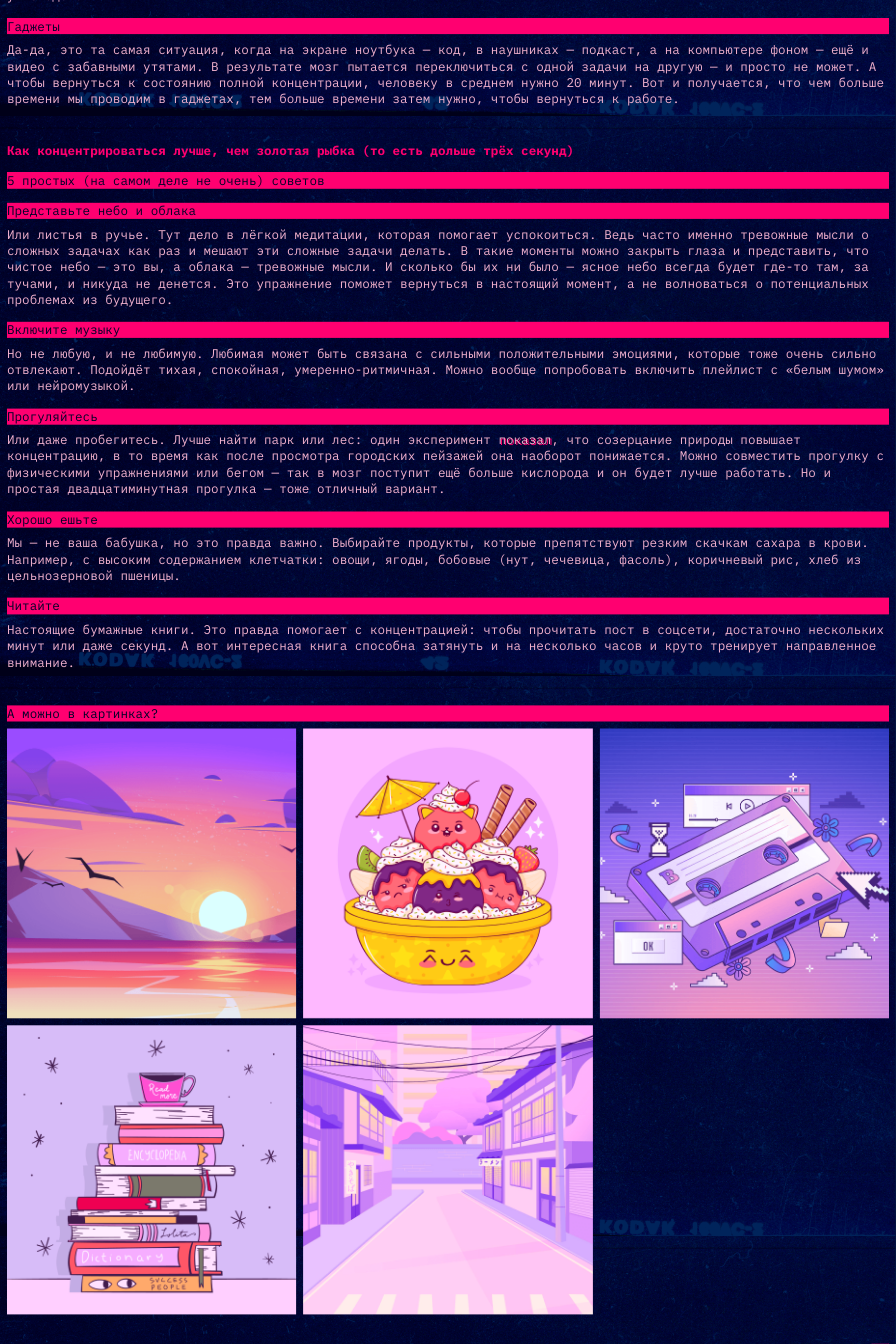
Repository: NikWolf75/slozhno-sosredotochitsya-fd
Page: index.html
The author's editor kept a copy of each file at every save. The page is drawn from the files as they stood at one save, then again after the next save.
The browser window is 1280 px wide. The pictures show the part of the page from y = 1434 to 3354 px (the page is 4064 px tall before and 4084 px after), at 70% of full size.
Backgrounds fixed to the window are drawn as part of the page.

Above is the page before, as saved 2025-02-27 12:23:36.

### index.html
<!DOCTYPE html>
<html lang="ru">
  <head>
    <meta charset="UTF-8" />
    <meta http-equiv="X-UA-Compatible" content="IE=edge" />
    <meta name="viewport" content="width=device-width, initial-scale=1.0" />
    <meta name="color-scheme" content="dark light" />
    <link rel="stylesheet" href="/fonts/fonts.css" />
    <link rel="stylesheet" href="/styles/globals.css" />
    <link rel="stylesheet" href="/styles/variables.css" />
    <link rel="stylesheet" href="/styles/style.css" />
    <link rel="stylesheet" href="/styles/dark.css" />
    <link rel="stylesheet" href="/styles/light.css" />
    <link rel="icon" href="image/favicon.ico" />
    <title>Сложно сосредоточиться</title>
    <script src="./scripts/script.js"></script>
  </head>
  <body class="page">
    <div class="rec_element" aria-hidden="true"></div>
    <header class="header decorated-zone">
      <nav class="header__theme-menu">
        <ul class="header__theme-menu-list">
          <li class="header__theme-menu-item">
            <button
              class="header__theme-menu-button header__theme-menu-button_type_light"
            >
              День
            </button>
          </li>
          <li class="header__theme-menu-item">
            <button
              class="header__theme-menu-button header__theme-menu-button_active header__theme-menu-button_type_auto"
              disabled
            >
              Авто
            </button>
          </li>
          <li class="header__theme-menu-item">
            <button
              class="header__theme-menu-button header__theme-menu-button_type_dark"
            >
              Неон
            </button>
          </li>
        </ul>
      </nav>
      <h1 class="header__title">no focus</h1>
      <div class="header__undertitle title-decor">
        <p>Что делать, когда не можешь делать ничего</p>
        <p>
          Или почему нам так сложно сконцентрироваться, особенно когда очень
          надо
        </p>
      </div>
    </header>
    <main class="content">
      <section class="content__section content__why">
        <h2 class="content__section-title"> Почему сосредоточиться так сложно
        </h2>
        <article class="content__section-text_block">
          <h3 class="content__section-text_block-undertitle title-decor">
            Многозадачность
          </h3>
          <p class="content__section-text_block-text">
            Особенно сложно сосредоточиться, когда задач много и все они —
            важные. Где же легендарная многозадачность, когда она так нужна вам
            (и всем нанимающим менеджерам этого мира)? А дело в том, что её
            просто не существует. Исследователи
            <a class="link-text" href="#0">выяснили</a>,
            что мозгу тяжело концентрироваться даже на двух делах одновременно.
            А когда в поле внимания попадает несколько важных задач, организм
            паникует и выделяет кортизол и адреналин — «гормоны стресса».
            Из-за этого мы работаем невнимательно: ошибаемся и быстро устаём.
          </p>
        </article>
        <article class="content__section-text_block">
          <h3 class="content__section-text_block-undertitle title-decor">
            Дофамин
          </h3>
          <p class="content__section-text_block-text">
            С гормонами стресса всё понятно, но дальше — ещё интереснее. В нашей
            невозможности сосредоточиться замешана и полная противоположность
            стрессу — дофамин. Это вещество участвует в системе вознаграждения
            мозга. Причём тут он? Мы часто отвлекаемся от важной задачи на
            что-то более «приятное» для мозгов. Например, смотрим лайки в
            соцсетях. В это время и выделяется дофамин — и мы чувствуем
            удовольствие. Получается замкнутый круг: чем больше отвлекаешься,
            тем больше удовольствия получаешь.
          </p>
        </article>
      </section>
      <section class="content__section content__what">
        <h2 class="content__section-title">
          Что снижает концентрацию внимания?
        </h2>
        <article class="content__section-text_block">
          <h3 class="content__section-text_block-undertitle title-decor">
            Многозадачность
          </h3>
          <p class="content__section-item-text">
            Как концентрация может снижаться из-за… концентрации? Любая
            стрессовая ситуация (и резко меняющийся мир в целом) заставляет наш
            мозг постоянно «сканировать» окружающую среду на предмет опасности.
            Например, читать новости вместо работы. Но быть собранными всё время
            — невозможно. Концентрация — мышца, и она может не выдержать, если
            не давать ей отдохнуть.
          </p>
        </article>
        <article class="content__section-text_block">
          <h3 class="content__section-text_block-undertitle title-decor">
            Еда
          </h3>
          <p class="content__section-text_block-text">
            «Быстрые углеводы» — сахар, белый хлеб, сладости — молниеносно
            доставляют в мозг энергию и помогают ему лучше работать. Но уходит
            эта энергия также быстро, как и приходит. А мы в результате попадаем
            на «углеводные качели»: как только действие «быстрых углеводов»
            заканчивается, мы чувствуем усталость и сонливость. И хотим ещё
            больше быстрых углеводов.
          </p>
        </article>
        <article class="content__section-text_block">
          <h3 class="content__section-text_block-undertitle title-decor">
            Гаджеты
          </h3>
          <p class="content__section-text_block-text">
            Да-да, это та самая ситуация, когда на экране ноутбука — код, в
            наушниках — подкаст, а на компьютере фоном — ещё и видео с забавными
            утятами. В результате мозг пытается переключиться с одной задачи на
            другую — и просто не может. А чтобы вернуться к состоянию полной
            концентрации, человеку в среднем нужно 20 минут. Вот и получается,
            что чем больше времени мы проводим в гаджетах, тем больше времени
            затем нужно, чтобы вернуться к работе.
          </p>
        </article>
      </section>
      <section class="content__section content_how">
        <h2 class="content__section-title">
          Как концентрироваться лучше, чем золотая рыбка (то есть дольше трёх
          секунд)
        </h2>
        <article class="content__section-text_block">
          <h3
            class="content__section-text_block-undertitle tips-undertitle title-decor"
          >
            5 простых (на самом деле не очень) советов
          </h3>
          <h4 class="content__section-text_block-undertitle title-decor">
            Представьте небо и облака
          </h4>
          <p class="content__section-text_block-text">
            Или листья в ручье. Тут дело в лёгкой медитации, которая помогает
            успокоиться. Ведь часто именно тревожные мысли о сложных задачах как
            раз и мешают эти сложные задачи делать. В такие моменты можно
            закрыть глаза и представить, что чистое небо — это вы, а облака —
            тревожные мысли. И сколько бы их ни было — ясное небо всегда будет
            где-то там, за тучами, и никуда не денется. Это упражнение поможет
            вернуться в настоящий момент, а не волноваться о потенциальных
            проблемах из будущего.
          </p>
        </article>
        <article class="content__section-text_block">
          <h4 class="content__section-text_block-undertitle title-decor">
            Включите музыку
          </h4>
          <p class="content__section-text_block-text">
            Но не любую, и не любимую. Любимая может быть связана с сильными
            положительными эмоциями, которые тоже очень сильно отвлекают.
            Подойдёт тихая, спокойная, умеренно-ритмичная. Можно вообще
            попробовать включить плейлист с «белым шумом» или нейромузыкой.
          </p>
        </article>
        <article class="content__section-text_block">
          <h4 class="content__section-text_block-undertitle title-decor">
            Прогуляйтесь
          </h4>
          <p class="content__section-text_block-text">
            Или даже пробегитесь. Лучше найти парк или лес: один эксперимент
            <a class="link-text" href="#0">показал</a>, что созерцание природы повышает концентрацию, в то время
            как после просмотра городских пейзажей она наоборот понижается.
            Можно совместить прогулку с физическими упражнениями или бегом — так
            в мозг поступит ещё больше кислорода и он будет лучше работать. Но и
            простая двадцатиминутная прогулка — тоже отличный вариант.
          </p>
        </article>
        <article class="content__section-text_block">
          <h4 class="content__section-text_block-undertitle title-decor">
            Хорошо ешьте
          </h4>
          <p class="content__section-text_block-text">
            Мы — не ваша бабушка, но это правда важно. Выбирайте продукты,
            которые препятствуют резким скачкам сахара в крови. Например, с
            высоким содержанием клетчатки: овощи, ягоды, бобовые (нут, чечевица,
            фасоль), коричневый рис, хлеб из цельнозерновой пшеницы.
          </p>
        </article>
        <article class="content__section-text_block">
          <h4 class="content__section-text_block-undertitle title-decor">
            Читайте
          </h4>
          <p class="content__section-text_block-text">
            Настоящие бумажные книги. Это правда помогает с концентрацией: чтобы
            прочитать пост в соцсети, достаточно нескольких минут или даже
            секунд. А вот интересная книга способна затянуть и на несколько
            часов и круто тренирует направленное внимание.
          </p>
        </article>
      </section>
      <section class="content__section content__gallery">
        <h2 class="content__section-text_block-undertitle title-decor">
          А можно в картинках?
        </h2>
        <div class="content__section-images_gallery">
          <img
            class="content__section-image"
            src="./images/sunset.png"
            alt="Вид острова на закате"
            loading="lazy"
          />
          <img
            class="content__section-image"
            src="./images/ice-cream.png"
            alt="Чаша с мороженным"
            loading="lazy"
          />
          <img
            class="content__section-image"
            src="./images/tape.png"
            alt="Кассета"
            loading="lazy"
          />
          <img
            class="content__section-image"
            src="./images/books.png"
            alt="Стопка книг"
            loading="lazy"
          />
          <img
            class="content__section-image"
            src="./images/street.png"
            alt="Улица"
            loading="lazy"
          />
        </div>
      </section>
    </main>
    <footer class="footer decorated-zone">
      <h2 class="footer__title">focus</h2>
    </footer>
  </body>
</html>

### styles/variables.css
:root {
  --title-color: #ff0070;
  --main-font: 'IBM Plex mono';
  --main-font-size: 18px;
  --title-font-weight: 700;
  --text-font-weight: 400;
  --main-padding-small: 10px;
}

### styles/style.css
.page {
  font-family: var(--main-font, 'IBM Plex mono');
  font-size: var(--main-font-size, 18px);
  block-size: min-content;
  position: relative;
  font-weight: 400;
  background-color: var(--main-background-color, #000028 );
  background-image: var(--main-background-image, url("../images/cover-image-dark.png"));
  background-repeat: no-repeat;
  background-attachment: fixed;
  background-position: center;
  background-size: cover;
  line-height: 1.3em;
  color: var(--main-font-color, #F1B2CE);
 }

.decorated-zone {
  position: relative;
}

.decorated-zone::after,
.decorated-zone::before {
  position: absolute;
  inline-size: 25px;
  block-size: 25px;
  content: "";
  border: 1px solid var(--corner-color);
}

.decorated-zone::after {
  bottom: 10px;
  left: 10px;
  border-bottom: 1px solid var(--rectangle-color, #ff0070);
  border-left: 1px solid var(--rectangle-color, #ff0070);
}

.decorated-zone::before {
  top: 10px;
  right: 10px;
  border-top: 1px solid var(--rectangle-color, #ff0070);
  border-right: 1px solid var(--rectangle-color, #ff0070);
}

.rec_element {
  position: absolute;
  display: flex;
  align-items: center;
  justify-content: center;
  top: 10px;
  right: 20px;
  color: var(--rec-theme-color, #ff0070);
  gap: 10px;
}

.rec_element:before {
  content: "REC";
}

.rec_element:after {
  display: block;
  content: "";
  border-radius: 50%;
  background: var(--accent-color, #ff0070);
  width: 10px;
  height: 10px;
  box-shadow: 0 0 4px 2px var(--accent-color, #ff0070)
}

.header {
  display: grid;
  grid-template-columns: 1fr;
  grid-template-rows: 1fr min-content 1fr;
  align-items: center;
  position: relative;
  block-size: min(668px, 100vh);
  padding: var(--main-padding-small, 10px);
  margin-block-end: 40px;
 }

.header__theme-menu-list {
  display: flex;
  flex-direction: column;
  align-items: end;
  block-size: 100%;
  row-gap: 10px;
}

.header__theme-menu-button {
  text-align: center;
  background: transparent;
  color: var(--button-text-color);
  border: none;
  text-transform: lowercase;
  padding-right: 13px;
  padding-left: 13px;
}

.header__theme-menu-bitton:hover {
  outline: 1px solid var(--button-outline-color)
}

.header__theme-menu-button_active {
  outline: 1px solid var(--button-theme-color, #ff0070);
}

.header__theme-menu-button:focus {
  outline: none;
  text-decoration: underline;
}

.header__title {
  font-size: clamp(7.25rem, 7.0115rem + 1.0178vw, 7.5rem);
  line-height: 83%;
  color: var(--accent-color-title, #db00ff);
  text-shadow: 4px 4px 0 var(--accent-color, #ff0070);
  cursor: default;
}

.header__undertitle {
  font-size: var(--main-font), monospace;
  font-weight: var(--title-font-weight, 700);
  border-bottom: none;
  border-left: none;
}

.title-decor {
  color: var(--undertitle-color, #000028);
  background-color: var(--title-color, #ff0070);
}

.content {
  display: grid;
  padding: 0 var(--main-padding-small, 10px);
  grid-template-columns: 1fr;
  gap: 50px;
}

.content__section {
  display: grid;
  grid-template-columns: 1fr;
  row-gap: 20px;
}

.content__section-title {
  justify-self: start;
  color: var(--title-color, #ff0070);
}

.content__section-text_block-undertitle,
.content__section-title {
  font-size: var(--main-font-size, 18px);
  font-weight: var(--title-font-weight, 700);
}

.content__section-text_block-undertitle {
  margin-block-end: 10px;
  height: min-content;
}

.content__section-text_block-text {
  font-weight: var(--text-font-weight, 400);
}

.link-text {
  text-decoration: none;
  text-shadow: 2px 1px var(--accent-color, #ff0070);
}

.link-text:hover {
  cursor: pointer;
  border-block-end: 1px solid currentColor;
}

.link-text:focus-visible {
  border: 1px solid currentColor;
}


.tips-undertitle {
  font-weight: var(--title-font-weight, 700);
  margin-block-end: 20px;
}

.content__how,
.content__section-text_block-undertitle {
  font-weight: 400;
}

.content__section-text_block p:not(:nth-of-type(1)) {
  margin-block-start: 20px;
}

.content__gallery {
  gap: 0;
}

.content__section-images_gallery {
  display: grid;
  grid-template-columns: repeat(auto-fill, minmax(355px, 1fr));
  gap: 10px;
  inline-size: 100%;
}

.content__section-image {
  inline-size: 100%;
  object-fit: cover;
  block-size: 100%;
}

.footer {
  position: relative;
  display: grid;
  block-size: 100vh;
  min-block-size: 668px;
  grid-template-columns: 1fr;
  margin-block-start: 32px;
}

.footer__title {
  font-size: var(--title-font-size-small, clamp(7.25rem, 7.0115rem + 1.0178vw, 7.5rem));
  font-weight: var(--title-font-weight, 700);
  line-height: 95.7%;
  align-self: center;
  cursor: default;
  color: var(--accent-color-title, #db00ff);
  text-shadow: 2px 2px 0 var(--accent-color, #ff0070);
  justify-self: center;

}

### scripts/script.js
(function initTheme() {
  const theme = localStorage.getItem('theme');
  if (theme) {
    setTheme(theme);
  }
})();

document.addEventListener('DOMContentLoaded', () => {
  const currentTheme = [...document.documentElement.classList]
    .find((cn) => cn.startsWith('theme-'))
    ?.replace('theme-', '');
  const themeButtons = [
    ...document.querySelectorAll('.header__theme-menu-button'),
  ];
  setActiveButton(themeButtons, currentTheme);

  themeButtons.forEach((button) => {
    button.addEventListener('click', () => {
      const chosenTheme = [...button.classList]
        .find((cn) => cn.includes('_type_'))
        .split('_type_')[1];
      setTheme(chosenTheme);
      setActiveButton(themeButtons, chosenTheme);
    });
  });
});

function setTheme(theme) {
  document.documentElement.className = '';
  document.documentElement.classList.add(`theme-${theme}`);
  localStorage.setItem('theme', theme);
}

function setActiveButton(buttonsArray, theme) {
  buttonsArray.forEach((button) => {
    button.classList.remove('header__theme-menu-button_active');
    button.removeAttribute('disabled');
  });
  const target = buttonsArray.find((button) =>
    button.classList.contains(`header__theme-menu-button_type_${theme}`)
  );
  if (target) {
    target.classList.add('header__theme-menu-button_active');
    target.setAttribute('disabled', true);
  } else {
    const autoButton = document.querySelector(
      '.header__theme-menu-button_type_auto'
    );
    autoButton.classList.add('header__theme-menu-button_active');
    autoButton.setAttribute('disabled', true);
  }
}

Loaded but not shown: fonts/fonts.css (common file); styles/globals.css (common file); styles/dark.css (common file); styles/light.css (common file)

After the next save:
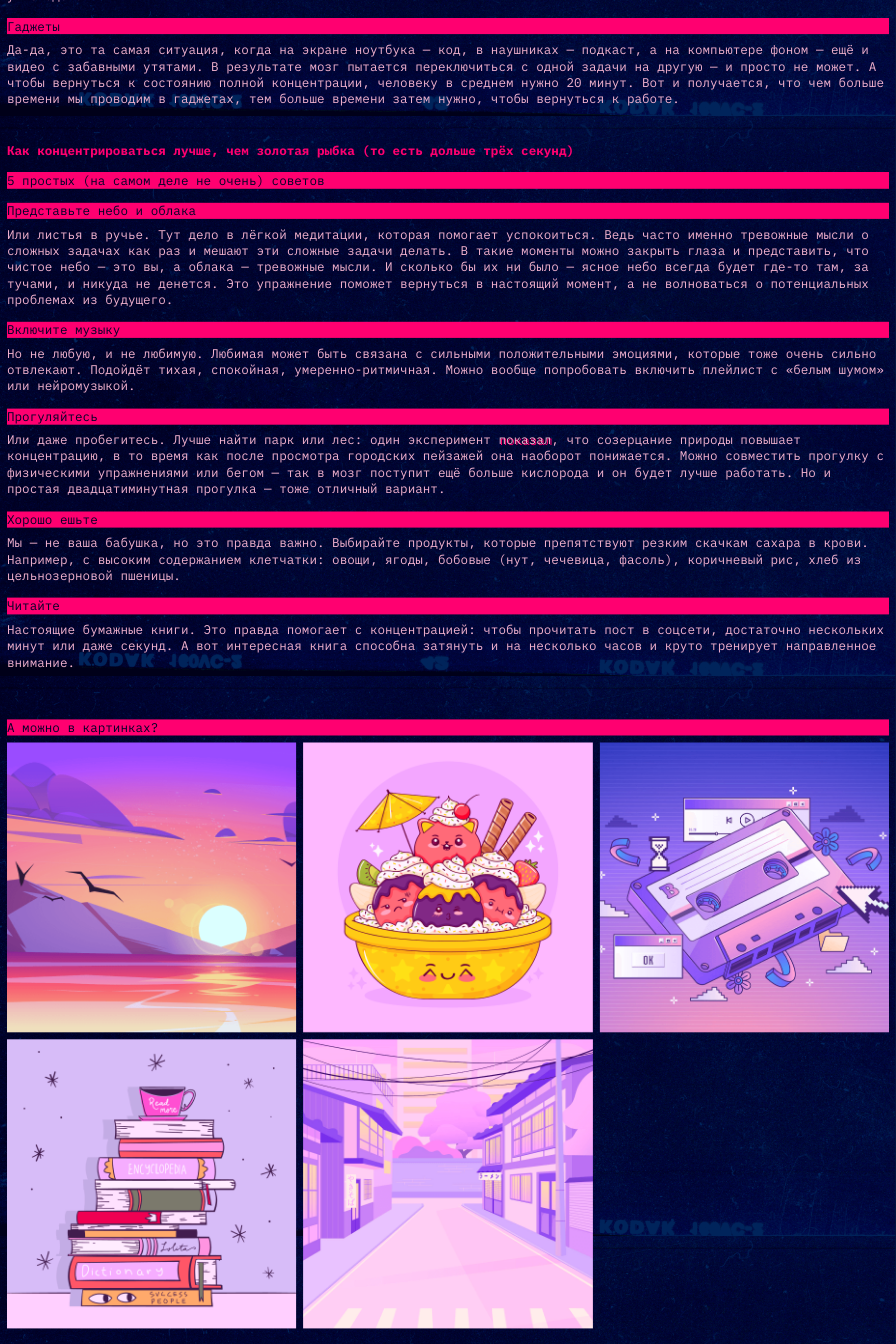
Saved 4 s later.
--- a/styles/style.css
+++ b/styles/style.css
@@ -175,7 +175,7 @@
   border: 1px solid currentColor;
 }
 
-
+.content_how,
 .tips-undertitle {
   font-weight: var(--title-font-weight, 700);
   margin-block-end: 20px;

After the 2 saves that followed:
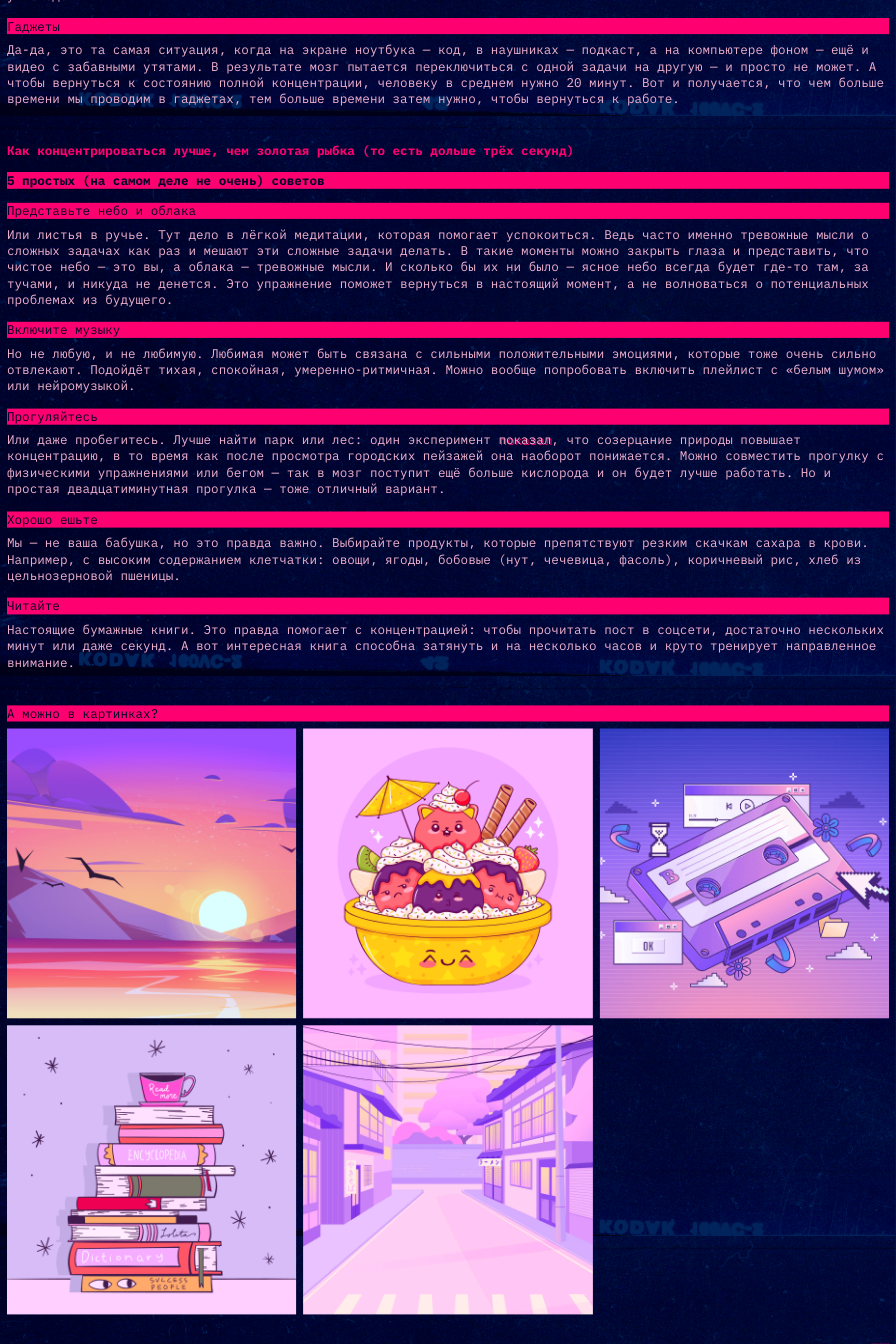
The 2 saves are shown as one change because they came seconds apart.
The last was saved 7 s later.
--- a/styles/style.css
+++ b/styles/style.css
@@ -175,8 +175,7 @@
   border: 1px solid currentColor;
 }
 
-.content_how,
-.tips-undertitle {
+.content_how .tips-undertitle {
   font-weight: var(--title-font-weight, 700);
   margin-block-end: 20px;
 }
